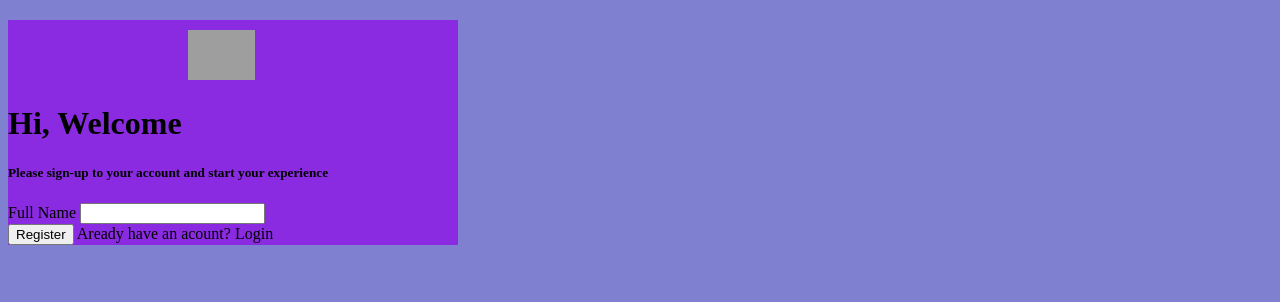
Repository: KingBoyMaylow/movie-task
Page: index.html
The author's editor kept a copy of each file at every save. The page is drawn from the files as they stood at one save, then again after the next save.
The browser window is 1280 px wide. The pictures show the whole page.
Pictures or frames that could not be fetched are drawn as grey boxes.

Above is the page before, as saved 2024-05-20 08:30:04.

After the next save:
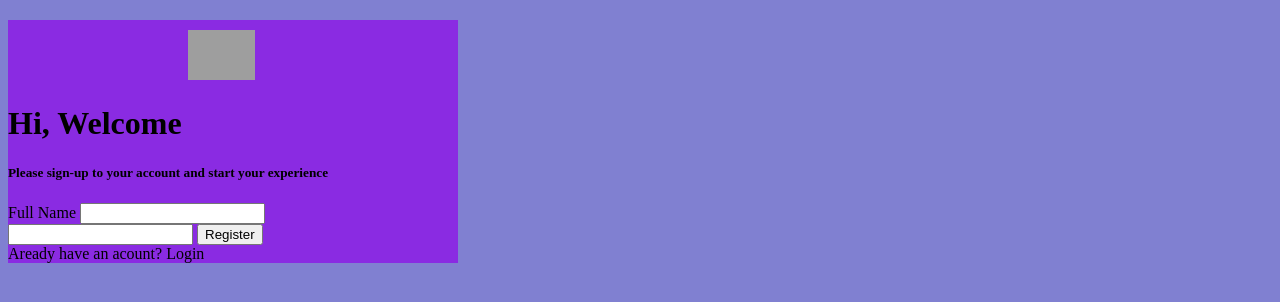
Saved 13 s later.
--- a/index.html
+++ b/index.html
@@ -14,7 +14,7 @@
     <label for="Full Name">Full Name</label>
     <input type="text" id="Full Name" name="Full Name" required><br>
 
-    <label form="email"
+    <label form="email"></label>
     <input type="email" name="email"id="email">
 
 
